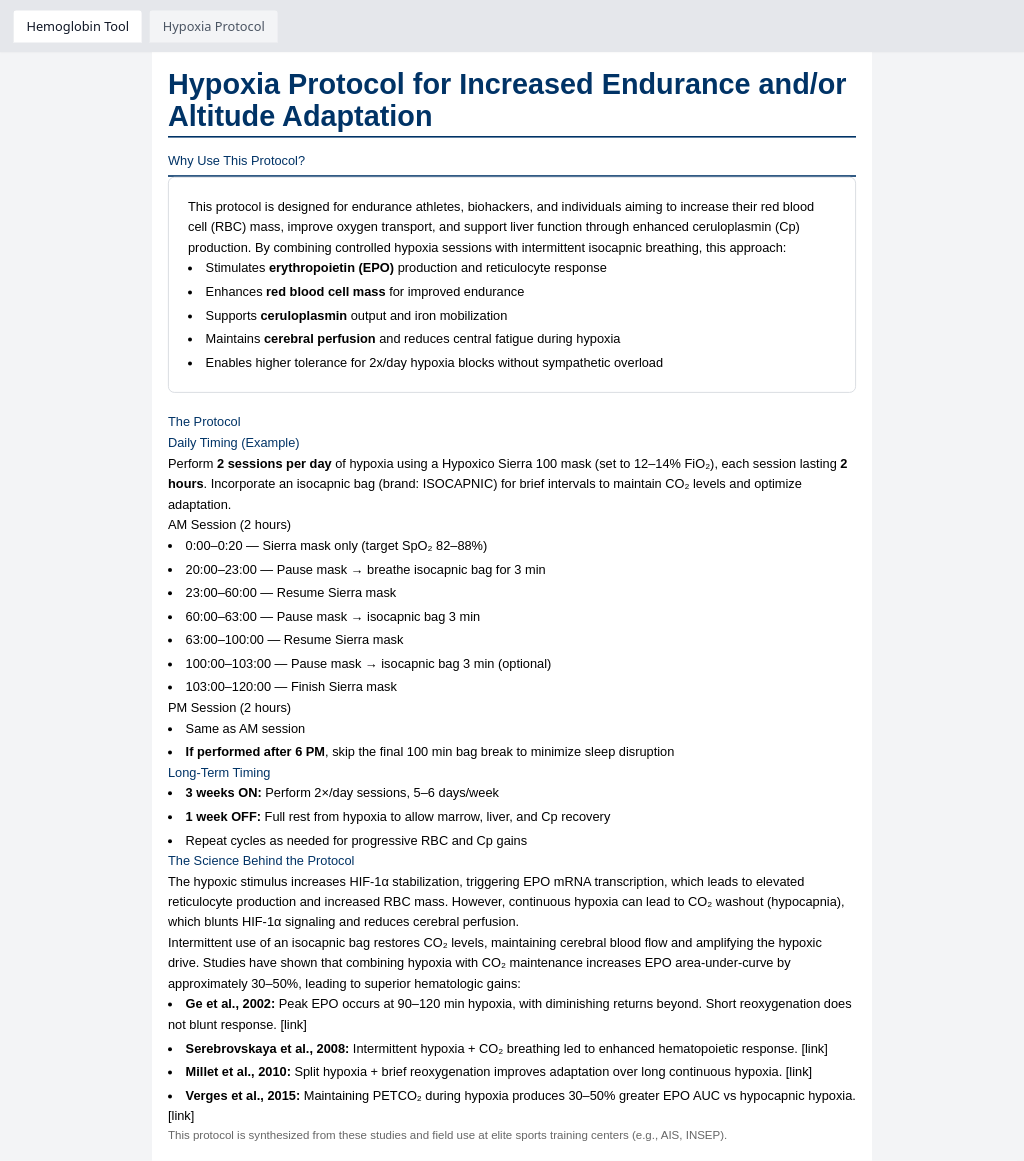
Repository: austenhughes1/hemoglobin_rbc_metrics
Page: hypoxia_protocol.html
These files come from the project's save history. The page is drawn as it stood at one moment and after the next save; the edit follows.
The browser window is 1280 px wide. The pictures show the whole page, at 80% of full size.
Some web libraries are served in a nearby version.

Above is the page before, as saved 2025-06-25 13:08:17.

After the next save:
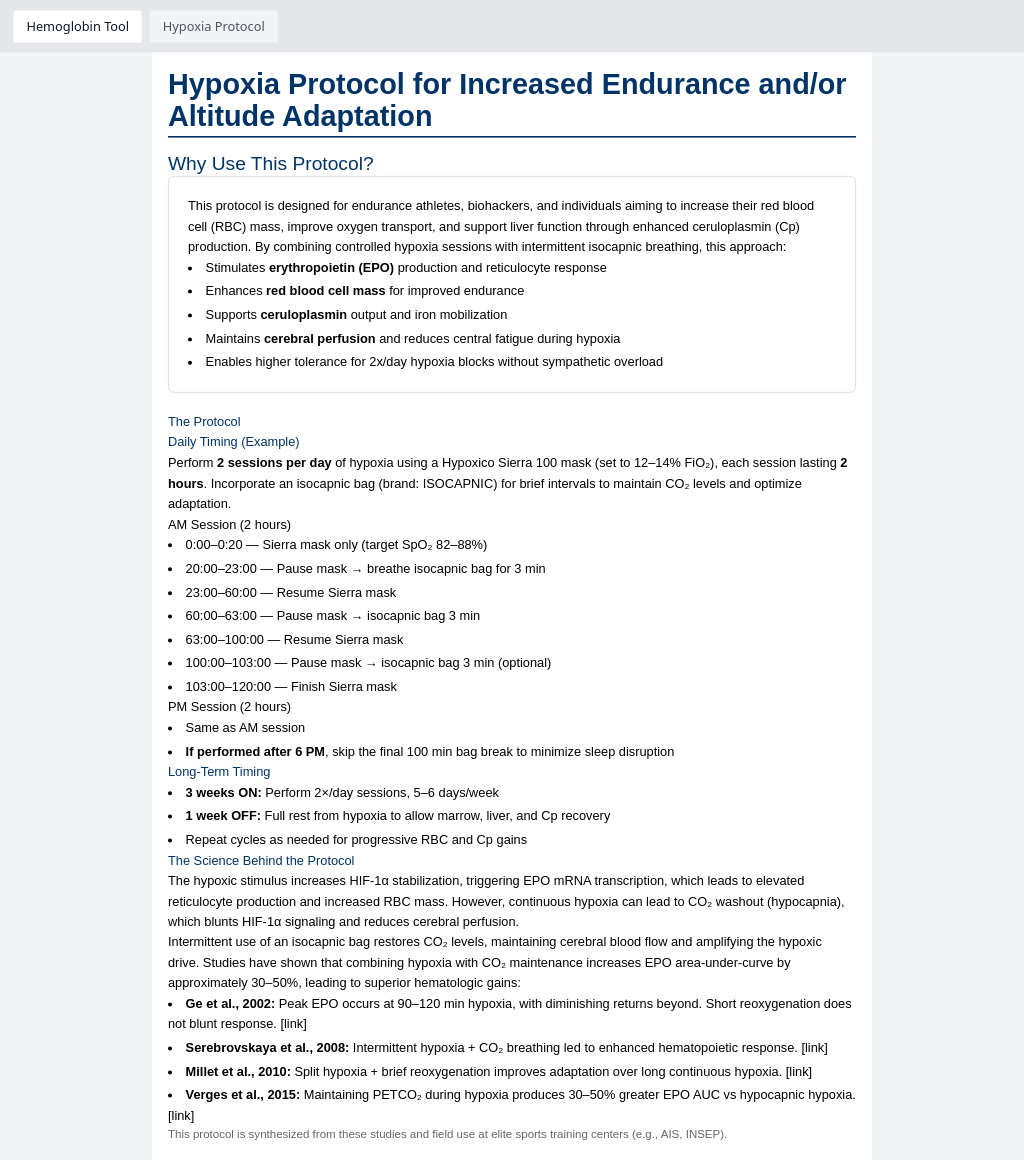
Saved 4 min 37 s later.
--- a/hypoxia_protocol.html
+++ b/hypoxia_protocol.html
@@ -44,7 +44,7 @@
   <div class="content">
     <h1 class="text-4xl font-bold mb-4">Hypoxia Protocol for Increased Endurance and/or Altitude Adaptation</h1>
 
-    <h1>Why Use This Protocol?</h1>
+    <h2 class="text-2xl">Why Use This Protocol?</h2>
     <section class="border border-gray-300 rounded-lg p-6 mb-6 bg-white">
         <p>
         This protocol is designed for endurance athletes, biohackers, and individuals aiming to increase their red blood cell (RBC) mass, improve oxygen transport, and support liver function through enhanced ceruloplasmin (Cp) production. By combining controlled hypoxia sessions with intermittent isocapnic breathing, this approach:
